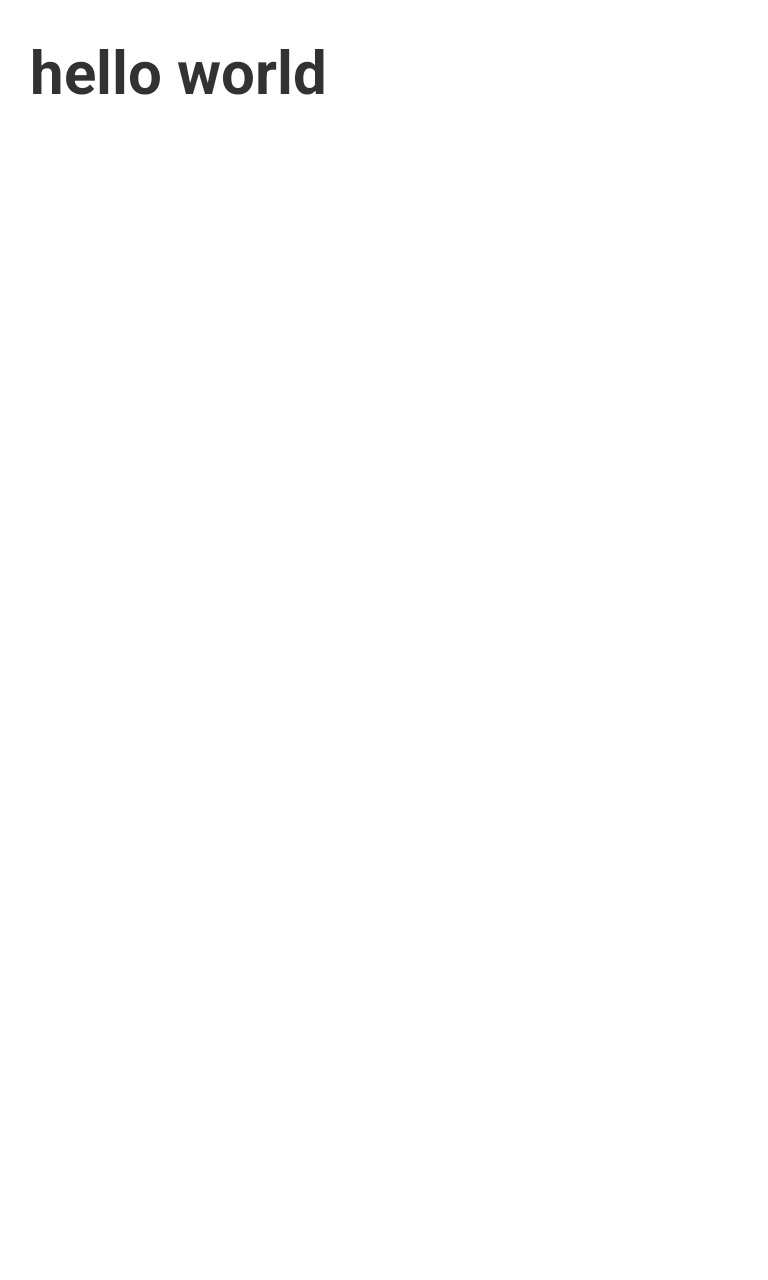
Repository: patheon17/myrepo2
Layout: workspace/UMBusTracking/res/layout/testing.xml
An editor plug-in stored every save of this project. The layout is shown before and after the next save, followed by the edit.
It is drawn on a 768 x 1280 px phone screen (xhdpi) without system bars, with theme AppTheme; the app's code is not run. Lists and similar views that code fills are empty.

Above is the layout before, as saved 2013-10-03 18:29:17.

After the next save:
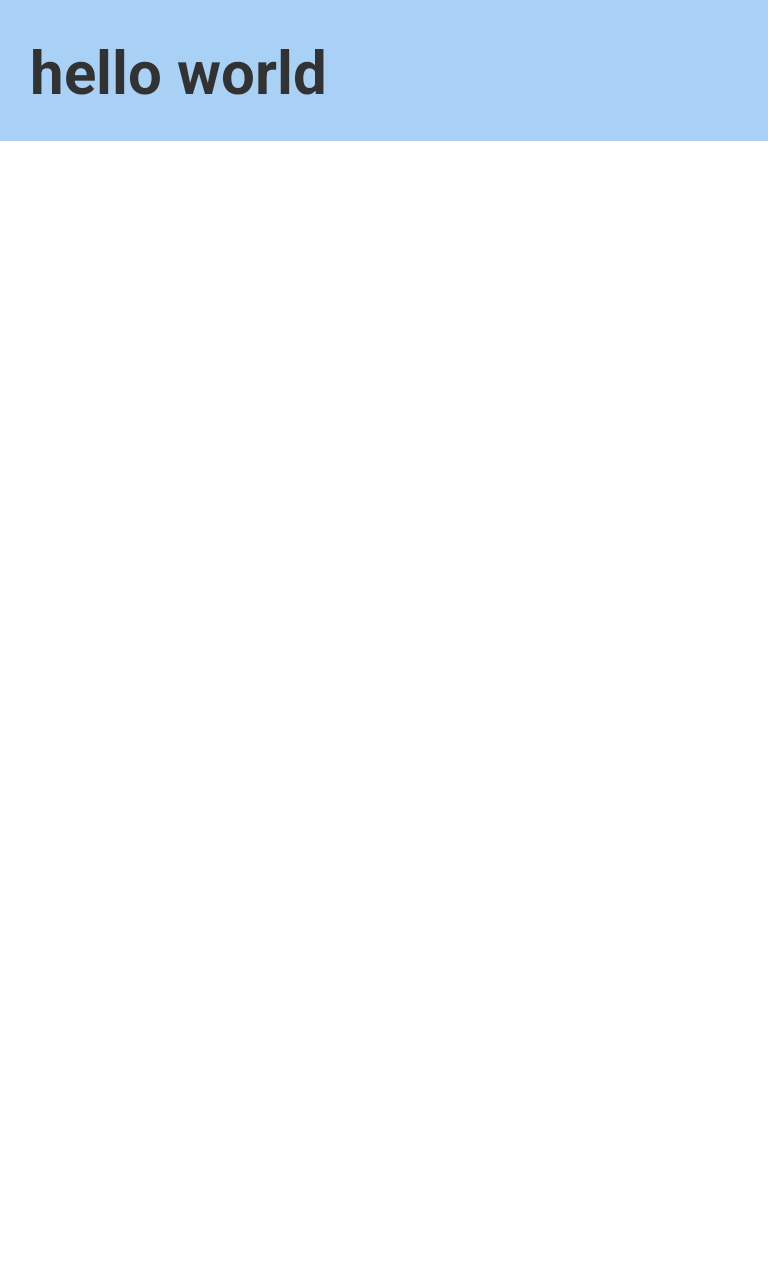
Saved 61 s later.
--- a/workspace/UMBusTracking/res/layout/testing.xml
+++ b/workspace/UMBusTracking/res/layout/testing.xml
@@ -4,13 +4,17 @@
 	android:orientation="vertical">
 	<RelativeLayout android:layout_width="fill_parent"
 		android:layout_height="wrap_content" android:id="@+id/top_control_bar">
+
 		<TextView
-		    android:id="@+id/sort_by" android:layout_width="fill_parent"
-			android:layout_height="wrap_content"
-			android:text="hello world"
-			android:textSize="30sp"
-			android:padding="15sp"
-			android:textStyle="bold"  />
+		    android:id="@+id/sort_by"
+		    android:layout_width="fill_parent"
+		    android:layout_height="wrap_content"
+		    android:background="#A9D0F5"
+		    android:padding="15sp"
+		    android:text="hello world"
+		    android:textSize="30sp"
+		    android:textStyle="bold" />
+
 	</RelativeLayout>
 	<LinearLayout android:id="@+id/bottom_control_bar"
 		android:layout_width="fill_parent" android:layout_height="wrap_content"
